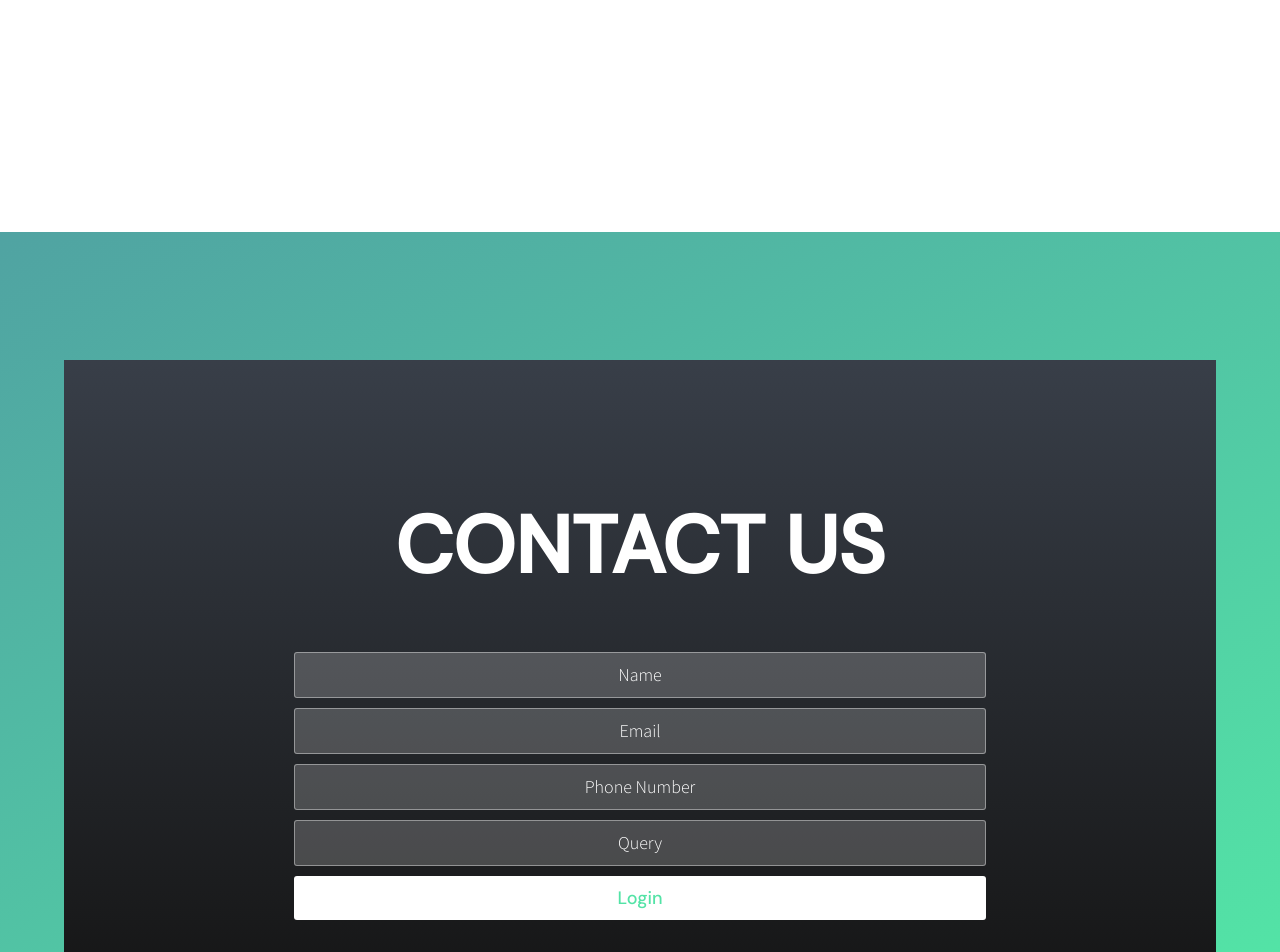
Repository: Jrap-bit/PeriodofSharing
Page: index.html
The author's editor kept a copy of each file at every save. The page is drawn from the files as they stood at one save, then again after the next save.
The browser window is 1280 px wide. The pictures show the part of the page from y = 1325 to 2277 px (the page is 2277 px tall).

Above is the page before, as saved 2022-01-16 01:21:18.

After the next save:
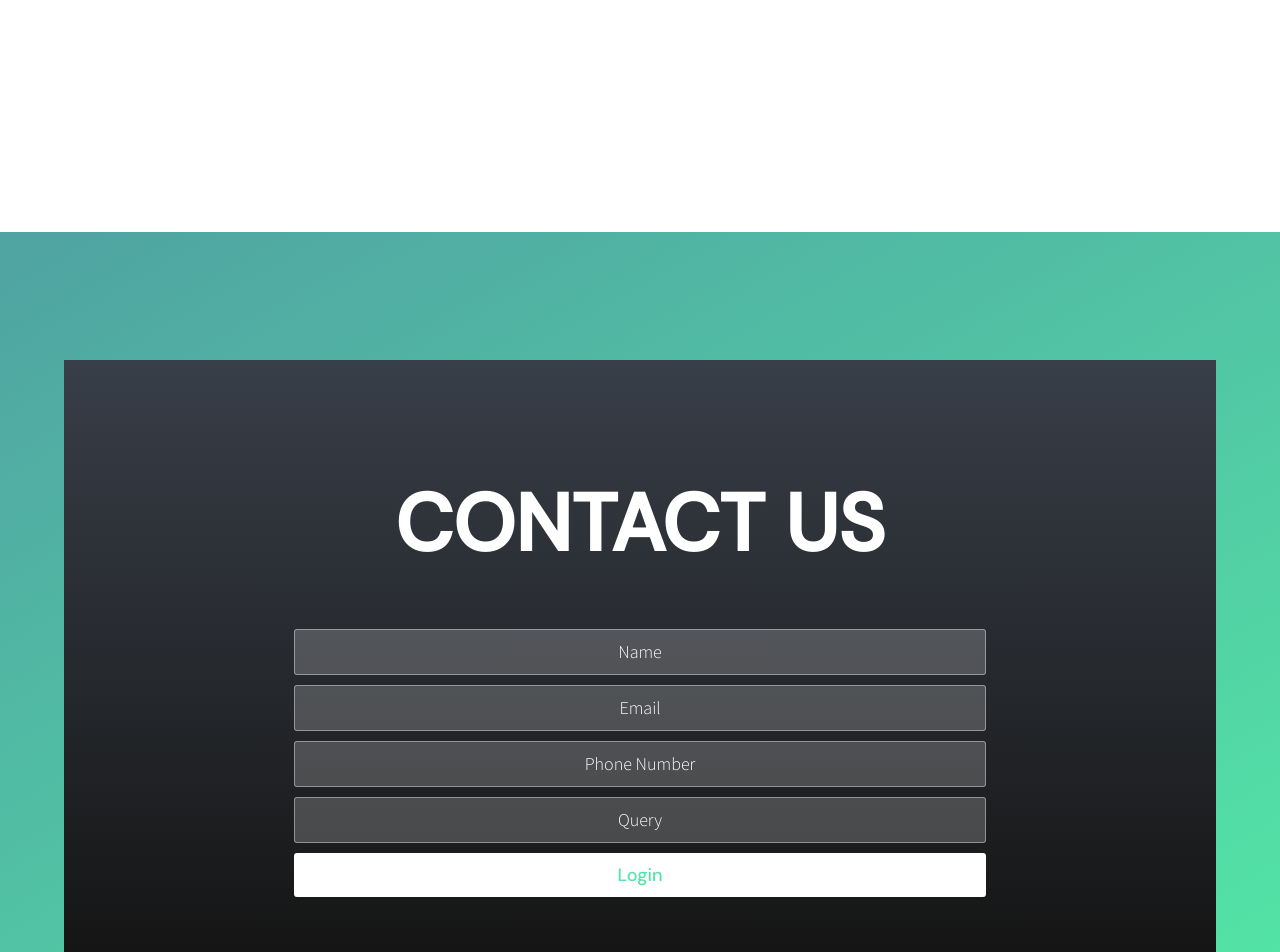
Saved 9 s later.
--- a/style.css
+++ b/style.css
@@ -74,7 +74,7 @@ form {
     justify-content: center;
     align-items: center;
     background: linear-gradient(rgba(51, 58, 69, 0.9), rgba(0, 0, 0, 0.8)), #686868;
-    padding: 80px 0;
+    padding: 5% 0;
     position: relative;
     z-index: 2;
 }
